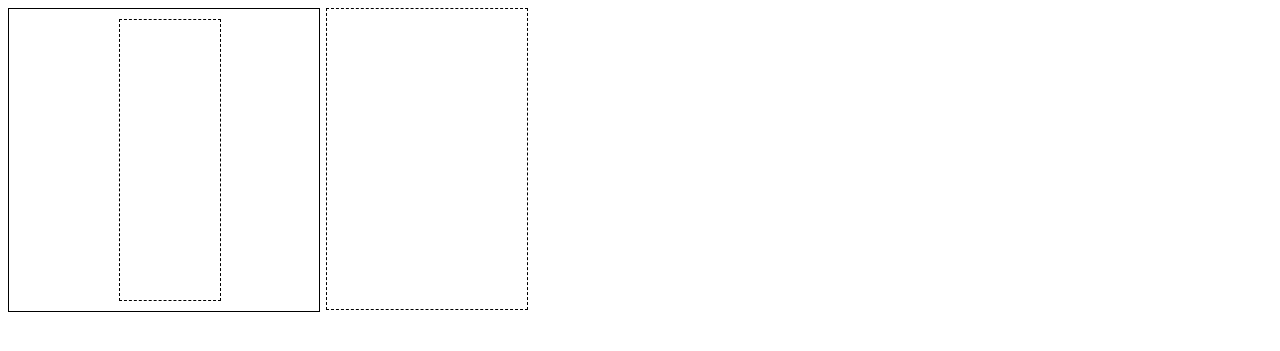
Repository: HuangHhuang/LeetCode
Page: 每日一题/阿里面试题1.html
These files come from the project's save history. The page is drawn as it stood at one moment and after the next save; the edit follows.
The browser window is 1280 px wide. The pictures show the whole page.

Above is the page before, as saved 2021-06-23 18:54:28.

After the next save:
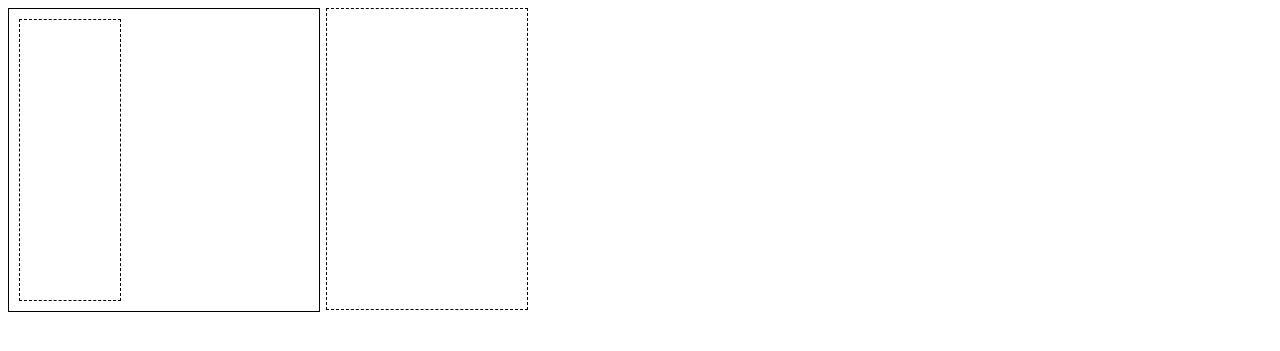
Saved 13 s later.
--- a/每日一题/阿里面试题1.html
+++ b/每日一题/阿里面试题1.html
@@ -9,7 +9,7 @@
         #page { width: 520px; }
         .nav  { width: 200px; float: right; }
         .main { width: 200px; float: left; padding-left: 110px; }
-        .sub  { width: 100px;  margin: 10px 30px 10px 0px; }
+        .sub  { width: 100px; float: left; margin: 10px 0 10px -100px; }
         .main { border: 1px solid #000; }
         .nav, .sub { border: 1px dashed #000; height: 300px; }
         .sub { height: 280px; }
